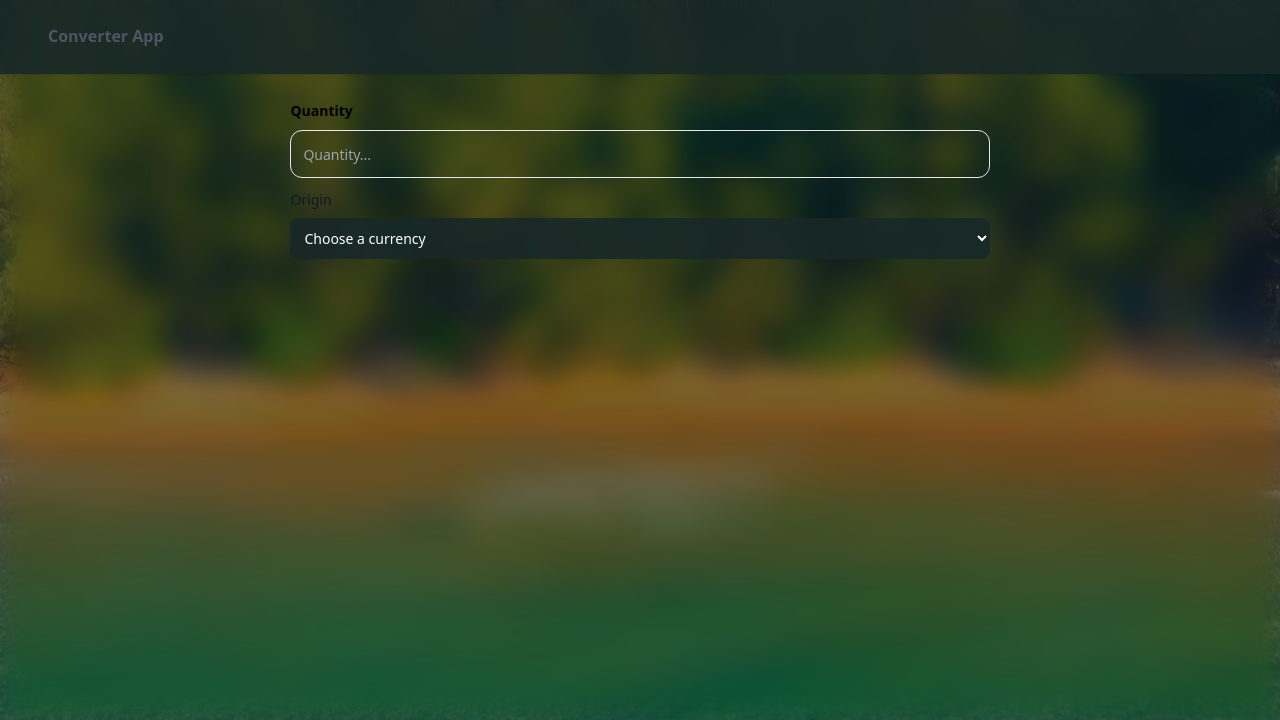
Repository: mikelCabezas/angular-exercices
Page: / (app in converter/)
These files come from the project's save history. The page is drawn as it stood at one moment and after the next save; the edit follows.
The browser window is 1280 px wide. The pictures show the whole page.
The project was rebuilt for these pictures with package versions that can differ from the ones it lists, and the page was loaded fresh each time. Also part of the build but not shown: converter/angular.json.

Above is the page before, as saved 2023-09-15 18:18:03.

After the next save:
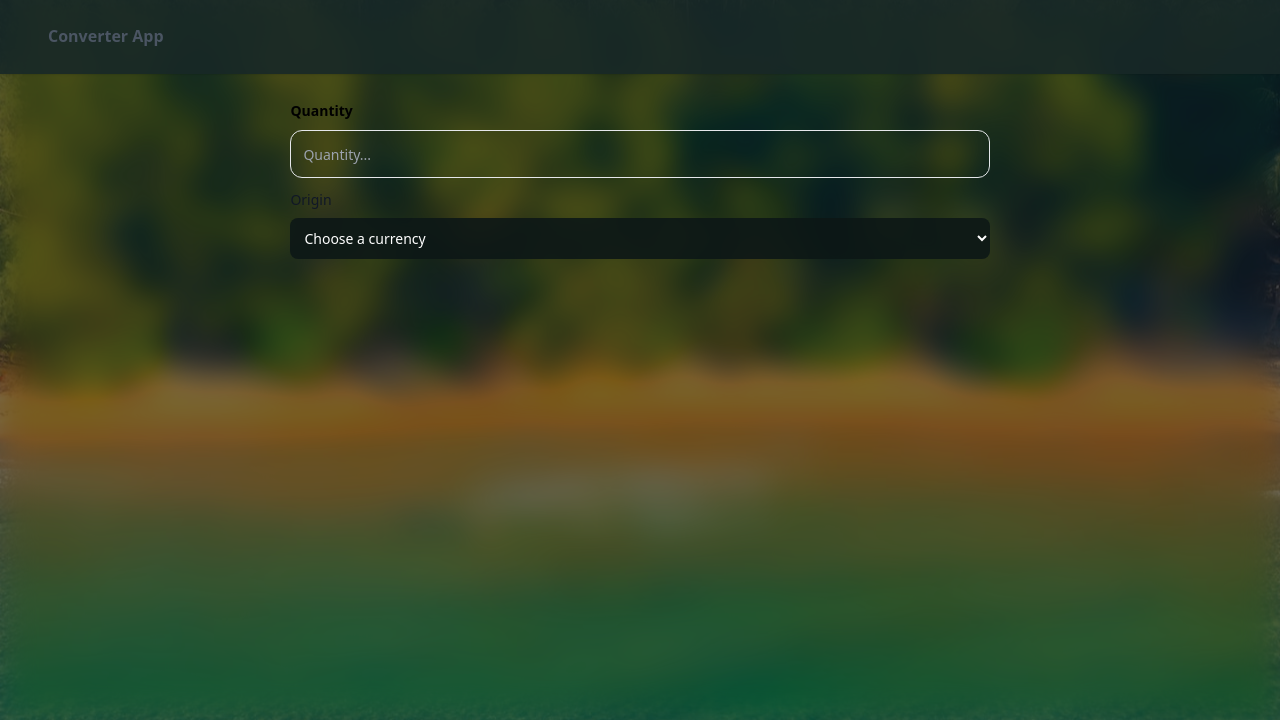
Saved 7 s later.
--- a/converter/src/app/components/converter/converter.component.html
+++ b/converter/src/app/components/converter/converter.component.html
@@ -8,7 +8,7 @@
         </div>
         <div class="col px-5">
             <label for="countries" class="block mb-2 text-sm font-medium text-gray-900 dark:text-gray-400">Origin</label>
-            <select id="countries" class=" text-sm rounded-lg focus:ring-blue-500 focus:border-blue-500 block w-full p-2.5 bg-[rgba(24,41,39,0.9)] border-gray-600 placeholder-gray-400 text-white dark:focus:ring-blue-500 dark:focus:border-blue-500">
+            <select id="countries" class=" text-sm rounded-lg focus:ring-blue-500 focus:border-blue-500 block w-full p-2.5 bg-[rgba(13,24,23,0.9)] border-gray-600 placeholder-gray-400 text-white dark:focus:ring-blue-500 dark:focus:border-blue-500">
                 <option selected>Choose a currency</option>
                 <option value="EUR">Euro</option>
                 <option value="USD">US Dollar</option>

After the save that followed:
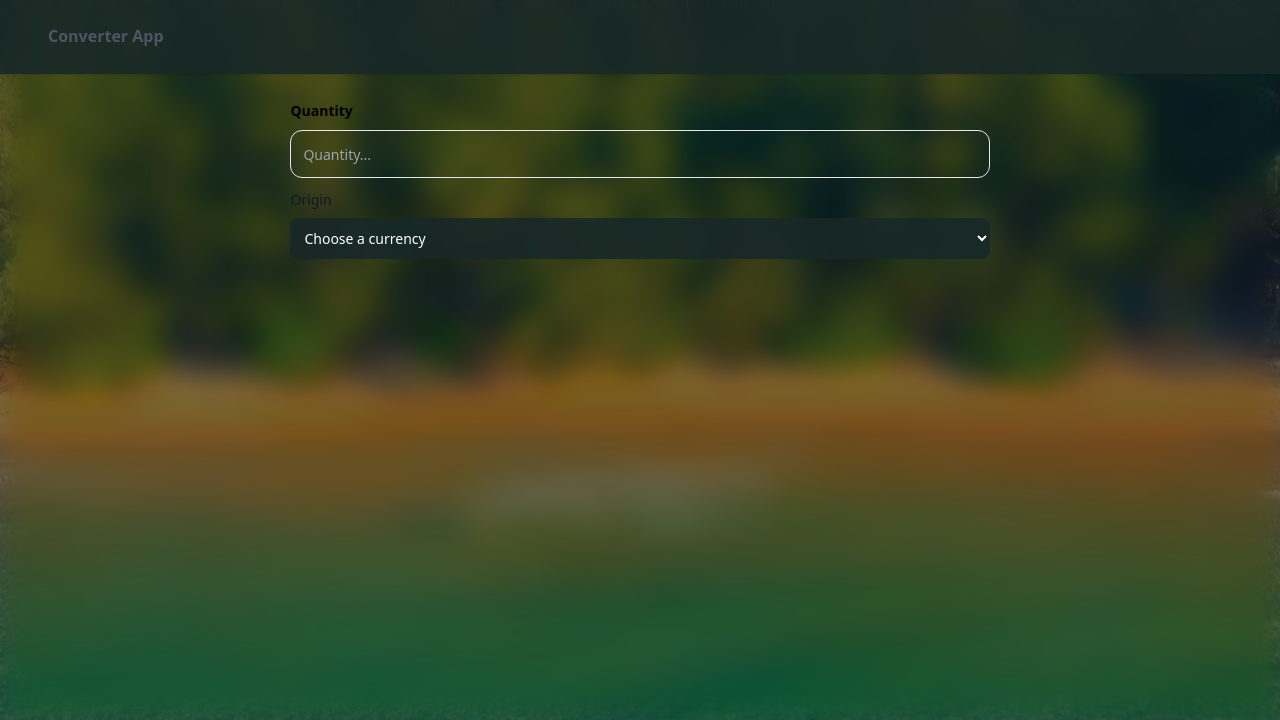
Saved 4 s later.
--- a/converter/src/app/components/converter/converter.component.html
+++ b/converter/src/app/components/converter/converter.component.html
@@ -8,7 +8,7 @@
         </div>
         <div class="col px-5">
             <label for="countries" class="block mb-2 text-sm font-medium text-gray-900 dark:text-gray-400">Origin</label>
-            <select id="countries" class=" text-sm rounded-lg focus:ring-blue-500 focus:border-blue-500 block w-full p-2.5 bg-[rgba(13,24,23,0.9)] border-gray-600 placeholder-gray-400 text-white dark:focus:ring-blue-500 dark:focus:border-blue-500">
+            <select id="countries" class=" text-sm rounded-lg focus:ring-blue-500 focus:border-blue-500 block w-full p-2.5 bg-[rgba(24,41,39,0.9)] border-gray-600 placeholder-gray-400 text-white dark:focus:ring-blue-500 dark:focus:border-blue-500">
                 <option selected>Choose a currency</option>
                 <option value="EUR">Euro</option>
                 <option value="USD">US Dollar</option>
